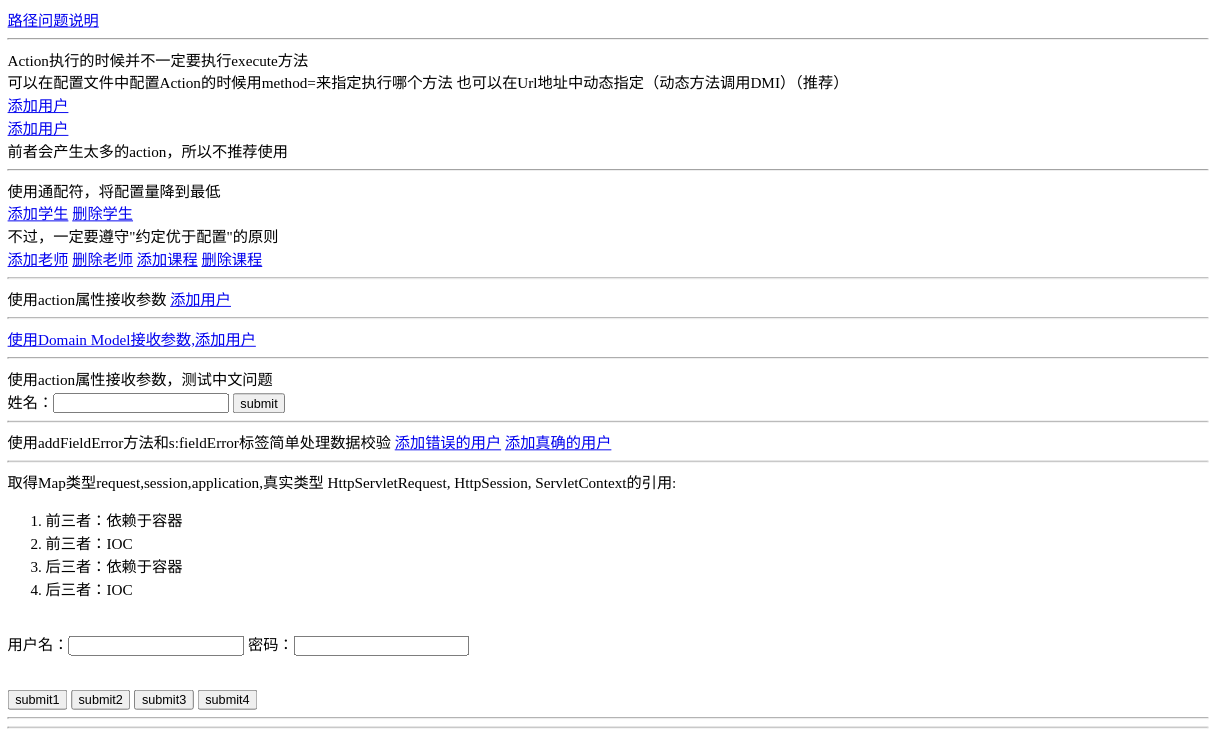
Repository: chellong/StrutsBasic
Page: http://localhost/Struts2.3Sx_1/
These files come from the project's save history. The page is drawn as it stood at one moment and after the next save; the edit follows.
The browser window is 1280 px wide. The pictures show the whole page, at 95% of full size.
The page is served by Tomcat 9. Nobody is signed in. The application's start-up code is not run. Other server files are loaded and not shown.

Above is the page before, as saved 2016-01-23 15:50:44.

### Struts2.3Sx_1/WebContent/index.jsp
<?xml version="1.0" encoding="utf-8" ?>
<%@ page language="java" contentType="text/html; charset=utf-8"
	pageEncoding="utf-8"%>

<%
	String path = request.getContextPath();
	String basePath = request.getScheme() + "://" + request.getServerName() + ":" + request.getServerPort()
			+ path + "/";
%>

<!DOCTYPE html PUBLIC "-//W3C//DTD XHTML 1.0 Transitional//EN" "http://www.w3.org/TR/xhtml1/DTD/xhtml1-transitional.dtd">

<html xmlns="http://www.w3.org/1999/xhtml">
<head>
<base href="<%=basePath%>" />
<meta http-equiv="Content-Type" content="text/html; charset=GB18030" />
<title>Insert title here</title>
</head>
<body>
	<a href="path/path.action">路径问题说明</a>
	<hr style="border: 1 dashed #987cb9" />
	Action执行的时候并不一定要执行execute方法
	<br /> 可以在配置文件中配置Action的时候用method=来指定执行哪个方法
	也可以在Url地址中动态指定（动态方法调用DMI）（推荐）
	<br />
	<a href="/user/userAdd">添加用户</a>
	<br />
	<a href="/user/user!add">添加用户</a>
	<br /> 前者会产生太多的action，所以不推荐使用

	<hr style="border: 1 dashed #987cb9" />

	使用通配符，将配置量降到最低
	<br />
	<a href="/actions/Studentadd">添加学生</a>
	<a href="/actions/Studentdelete">删除学生</a>
	<br /> 不过，一定要遵守"约定优于配置"的原则
	<br />
	<a href="/actions/Teacher_add">添加老师</a>
	<a href="/actions/Teacher_delete">删除老师</a>
	<a href="/actions/Course_add">添加课程</a>
	<a href="/actions/Course_delete">删除课程</a>

	<hr style="border: 1 dashed #987cb9" />
	使用action属性接收参数
	<a href="user/user_007?name=a&age=8">添加用户</a>

	<hr style="border: 1 dashed #987cb9" />
	<a href="user/user_008?user.name=a&user.age=8">使用Domain
		Model接收参数,添加用户</a>

	<!--中文问题 -->
	<hr style="border: 1 dashed #987cb9" />
	使用action属性接收参数，测试中文问题
	<form action="user/user_008" method="post">
		姓名：<input type="text" name="name"></input> <input type="submit"
			value="submit" />
	</form>
	<!--数据验证 -->
	<hr style="border: 1 dashed #987cb9" />
	使用addFieldError方法和s:fieldError标签简单处理数据校验
	<a href="user/user_009?name=a">添加错误的用户</a>
	<a href="user/user_009?name=admin">添加真确的用户</a>

	<hr style="border: 1 dashed #987cb9" />
	取得Map类型request,session,application,真实类型 HttpServletRequest,
	HttpSession, ServletContext的引用:
	<ol>
		<li>前三者：依赖于容器</li>
		<!--(只用这种) -->
		<li>前三者：IOC</li>
		<li>后三者：依赖于容器</li>
		<li>后三者：IOC</li>
	</ol>
	<br />
	<form name="f" action="" method="post">
		用户名：<input type="text" name="name" /> 密码：<input type="text"
			name="password" /> <br />
		<br/>
		<br/>
		<input type="button" value="submit1"
			onclick="javascript:document.f.action='login/login1';document.f.submit();" />
		<input type="button" value="submit2"
			onclick="javascript:document.f.action='login/login2';document.f.submit();" />
		<input type="button" value="submit3"
			onclick="javascript:document.f.action='login/login3';document.f.submit();" />
		<input type="button" value="submit4"
			onclick="javascript:document.f.action='login/login4';document.f.submit();" />
	</form>

	<hr style="border: 1 dashed #987cb9" />

	<hr style="border: 1 dashed #987cb9" />

</body>
</html>

After the next save:
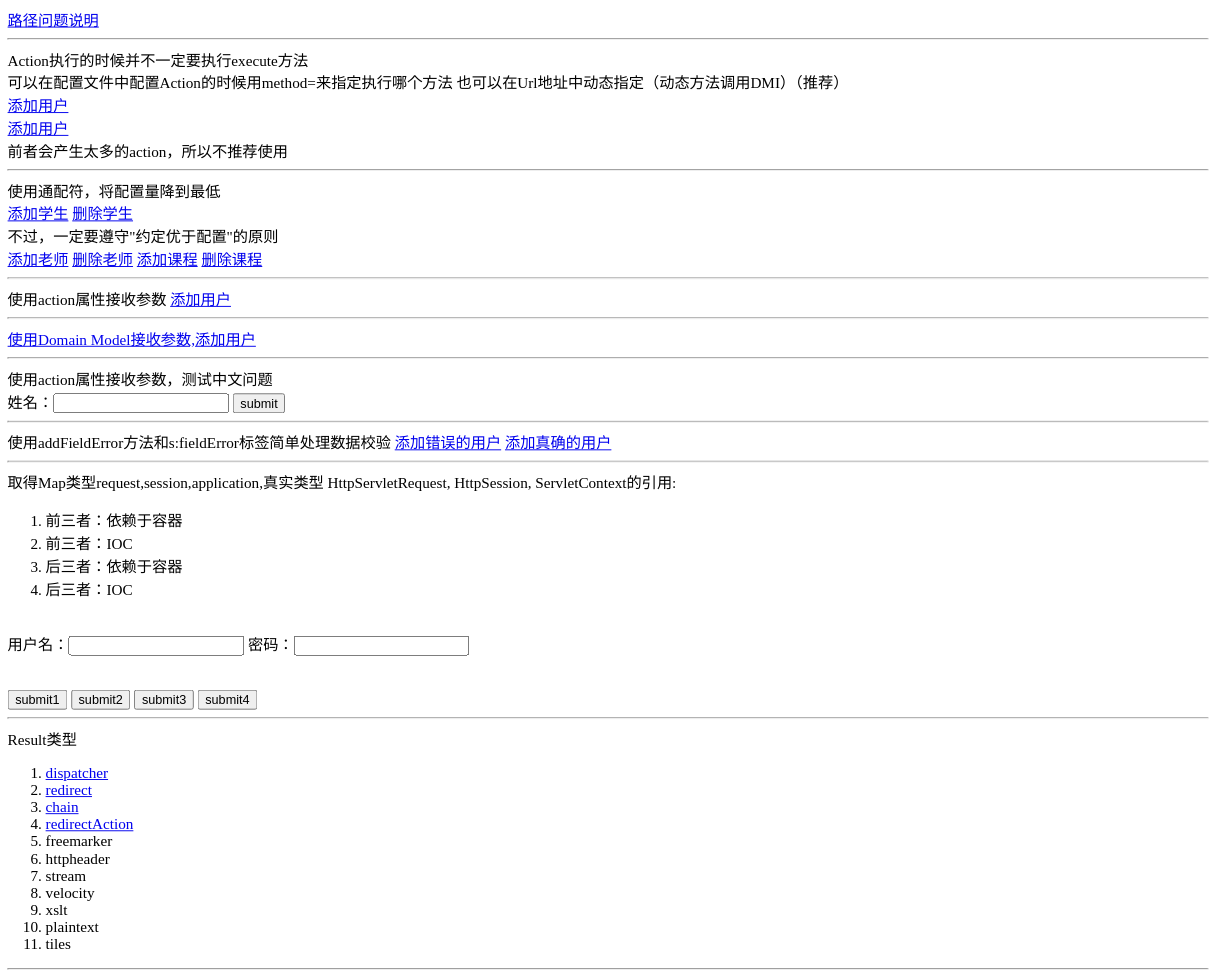
Saved 21 s later.
--- a/Struts2.3Sx_1/WebContent/index.jsp
+++ b/Struts2.3Sx_1/WebContent/index.jsp
@@ -90,6 +90,20 @@
 
 	<hr style="border: 1 dashed #987cb9" />
 
+	Result类型
+	<ol>
+	<li><a href="r/r1">dispatcher</a></li>
+	<li><a href="r/r2">redirect</a></li>
+	<li><a href="r/r3">chain</a></li>
+	<li><a href="r/r4">redirectAction</a></li>
+	<li>freemarker</li>
+	<li>httpheader</li>
+	<li>stream</li>
+	<li>velocity</li>
+	<li>xslt</li>
+	<li>plaintext</li>
+	<li>tiles</li>
+</ol>
 	<hr style="border: 1 dashed #987cb9" />
 
 </body>
